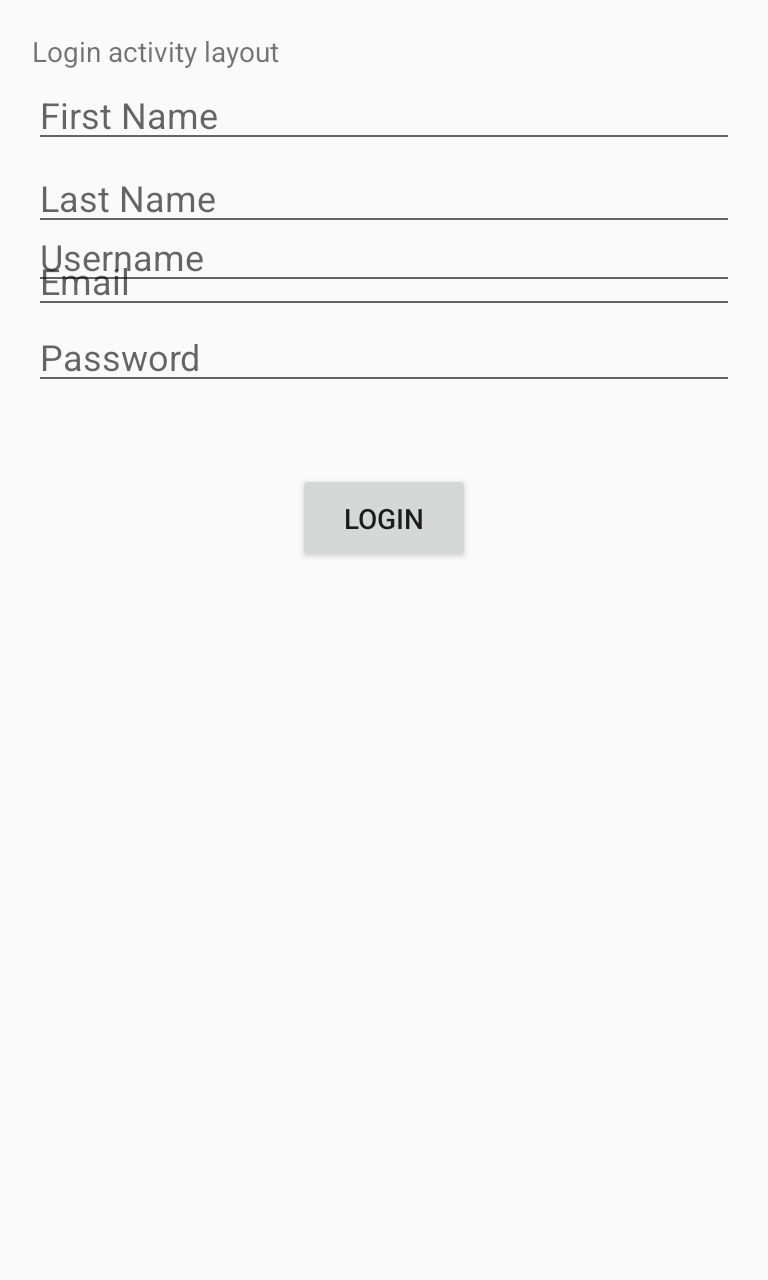
Repository: morgancundiff/TrollApp
Layout: Troll/res/layout/signup_layout.xml
These files come from the project's save history. The layout is drawn as it stood at one moment and after the next save; the edit follows.
It is drawn on a 768 x 1280 px phone screen (xhdpi) without system bars, with theme AppTheme; the app's code is not run.

Above is the layout before, as saved 2014-05-29 19:08:46.

### Troll/res/layout/signup_layout.xml
<?xml version="1.0" encoding="utf-8"?>
<RelativeLayout xmlns:android="http://schemas.android.com/apk/res/android"
    xmlns:tools="http://schemas.android.com/tools"
    android:layout_width="match_parent"
    android:layout_height="match_parent"
    android:paddingBottom="@dimen/activity_vertical_margin"
    android:paddingLeft="@dimen/activity_horizontal_margin"
    android:paddingRight="@dimen/activity_horizontal_margin"
    android:paddingTop="@dimen/activity_vertical_margin"
    tools:context=".LoginActivity" >

    <TextView
        android:id="@+id/textView1"
        android:layout_width="wrap_content"
        android:layout_height="wrap_content"
        android:layout_alignParentLeft="true"
        android:layout_alignParentRight="true"
        android:text="Login activity layout" />


        <EditText
        android:id="@+id/SignupFirstName"
        android:layout_height="wrap_content"
        android:hint="First Name"
        android:inputType="textPersonName"
        android:layout_below="@+id/textView1"
        android:layout_width="fill_parent">
        </EditText>

        <EditText
        android:id="@+id/SignupLastName"
        android:layout_height="wrap_content"
        android:hint="Last Name"
        android:inputType="textPersonName"
        android:layout_below="@+id/SignupFirstName"
        android:layout_width="fill_parent">
        </EditText>

                           <EditText
        android:id="@+id/SignupEmail"
        android:layout_height="wrap_content"
        android:hint="Email"
        android:inputType="textEmailAddress"
        android:layout_below="@+id/SignupLastName"
        android:layout_width="fill_parent">
        </EditText>

    <EditText
        android:id="@+id/SignupUserName"
        android:layout_height="wrap_content"
        android:hint="Username"
        android:inputType="textPersonName"
        android:layout_marginTop="90dp"
        android:layout_width="fill_parent">
    </EditText>

    <EditText
        android:id="@+id/SignupPassword"
        android:layout_height="wrap_content"
        android:hint="Password"
        android:inputType="textPassword"
        android:layout_marginTop="140dp"
        android:layout_width="fill_parent">
    </EditText>



    <Button
        android:id="@+id/loginBtn"
        android:layout_width="wrap_content"
        android:layout_height="wrap_content"
        android:layout_below="@+id/textView1"
        android:layout_centerHorizontal="true"
        android:layout_marginTop="200dp"
        android:text="Login" />

</RelativeLayout>

Loaded but not shown: Troll/res/values/styles.xml (common file); Troll/res/values-v11/styles.xml (common file); Troll/res/values-v14/styles.xml (common file); Troll/res/values/dimens.xml (common file); Troll/res/values-w820dp/dimens.xml (common file)

After the next save:
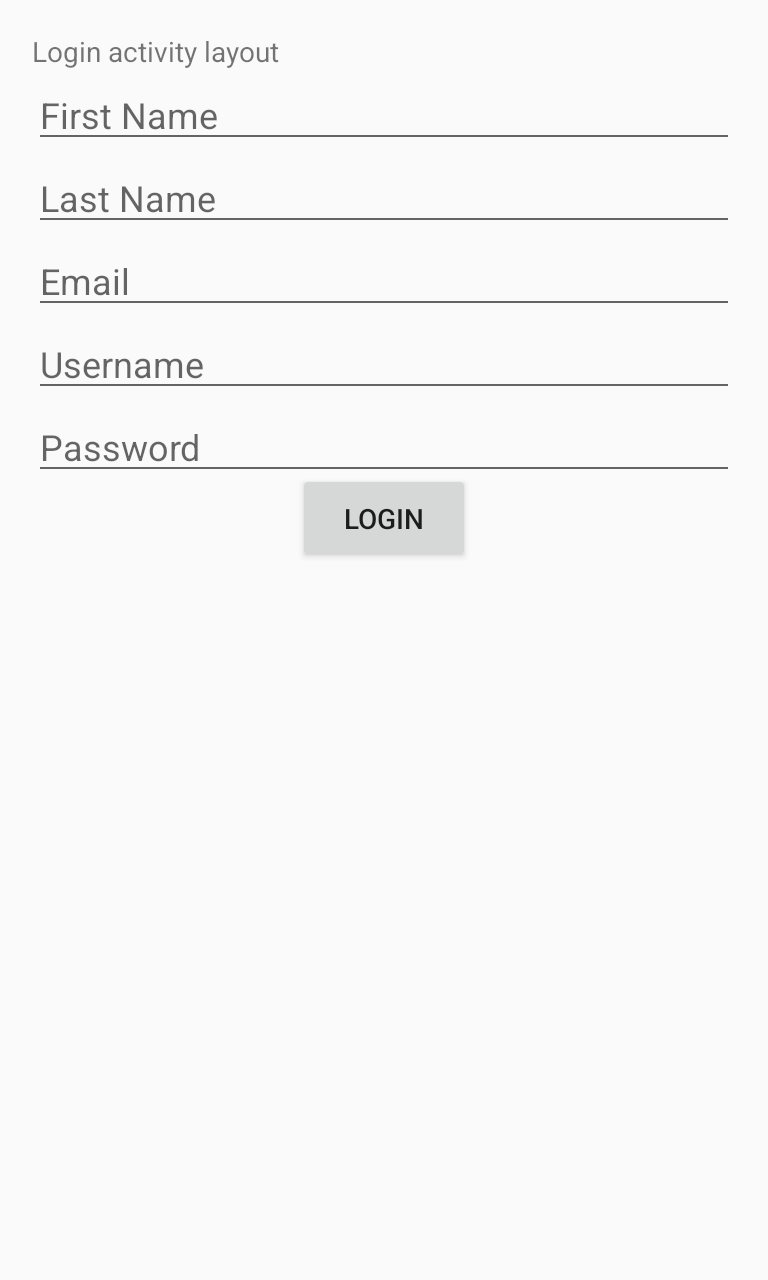
Saved 37 s later.
--- a/Troll/res/layout/signup_layout.xml
+++ b/Troll/res/layout/signup_layout.xml
@@ -50,7 +50,7 @@
         android:layout_height="wrap_content"
         android:hint="Username"
         android:inputType="textPersonName"
-        android:layout_marginTop="90dp"
+        android:layout_below="@+id/SignupEmail"
         android:layout_width="fill_parent">
     </EditText>
 
@@ -59,7 +59,7 @@
         android:layout_height="wrap_content"
         android:hint="Password"
         android:inputType="textPassword"
-        android:layout_marginTop="140dp"
+        android:layout_below="@+id/SignupUserName"
         android:layout_width="fill_parent">
     </EditText>
 
